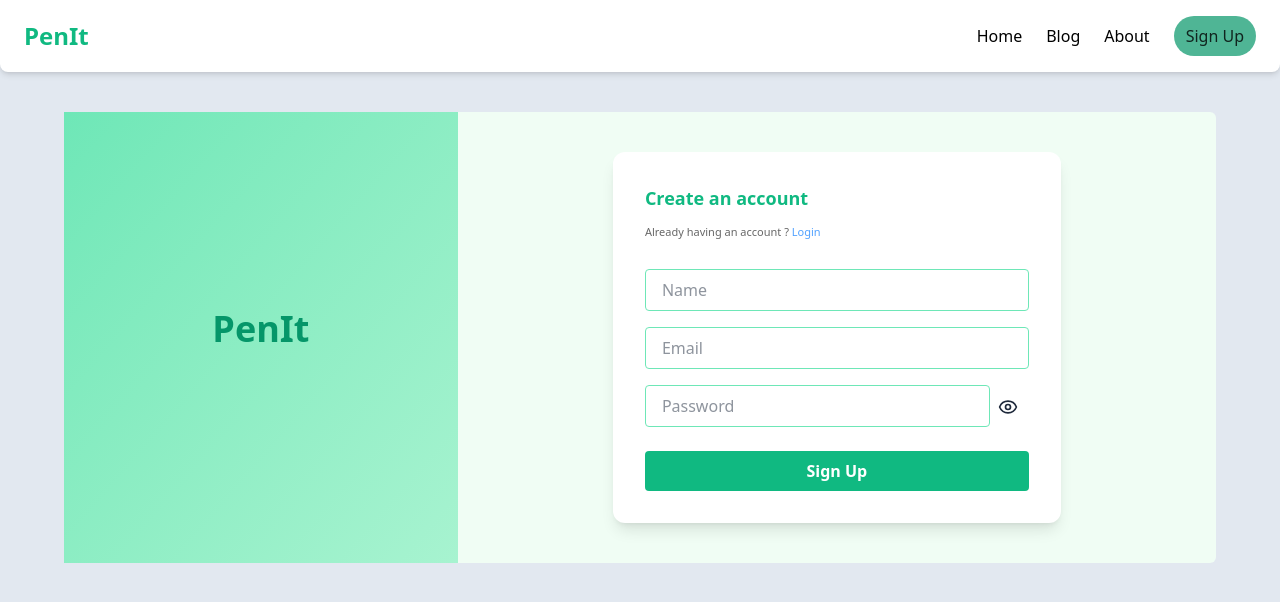
Repository: Mounika-chukkala/PenIt
Page: /signup (app in frontend/)
An editor plug-in stored every save of this project. The page is shown before and after the next save, followed by the edit.
The browser window is 1280 px wide. The pictures show the whole page.
The project was rebuilt for these pictures with package versions that can differ from the ones it lists, and the page was loaded fresh each time. Also part of the build but not shown: frontend/vite.config.js, frontend/src/Pages/Signin.jsx, frontend/src/components/CreateBlog.jsx, frontend/src/Pages/AddBlog.jsx.

Above is the page before, as saved 2025-05-23 14:13:32.

### frontend/src/main.jsx
import { StrictMode } from 'react'
import { createRoot } from 'react-dom/client'
import './index.css'
import { Toaster } from 'react-hot-toast'
// import {BrowserRouter} from "react-router-dom"
import { BrowserRouter } from 'react-router-dom'
import App from './App.jsx'

createRoot(document.getElementById('root')).render(
  <StrictMode>
    <BrowserRouter>
    {/* <Toaster> */}

    <App />
    {/* </Toaster> */}
    </BrowserRouter>
  </StrictMode>,
)

### frontend/src/index.css
@import "tailwindcss";




/* :root {
  font-family: system-ui, Avenir, Helvetica, Arial, sans-serif;
  line-height: 1.5;
   font-weight: 400;

  color-scheme: light dark;
  color: rgba(255, 255, 255, 0.87);
  background-color: #242424;

  font-synthesis: none;
  text-rendering: optimizeLegibility;
  -webkit-font-smoothing: antialiased;
  -moz-osx-font-smoothing: grayscale;
}

a {
  font-weight: 500;
  color: #646cff;
  text-decoration: inherit;
}
a:hover {
  color: #535bf2;
}

body {
  margin: 0;
  display: flex;
  place-items: center;
  min-width: 320px;
  min-height: 100vh;
}

h1 {
  font-size: 3.2em;
  line-height: 1.1;
}

button {
  border-radius: 8px;
  border: 1px solid transparent;
  padding: 0.6em 1.2em;
  font-size: 1em;
  font-weight: 500;
  font-family: inherit;
  background-color: #1a1a1a;
  cursor: pointer;
  transition: border-color 0.25s;
}
button:hover {
  border-color: #646cff;
}
button:focus,
button:focus-visible {
  outline: 4px auto -webkit-focus-ring-color;
}

@media (prefers-color-scheme: light) {
  :root {
    color: #213547;
    background-color: #ffffff;
  }
  a:hover {
    color: #747bff;
  }
  button {
    background-color: #f9f9f9;
  }
} */

### frontend/src/App.jsx
import { useState } from 'react'
import { Route, Routes } from 'react-router-dom'
// import './App.css'
import Signin from './Pages/Signin'
import Signup from './Pages/Signup'
import Navbar from './components/Navbar'
// import Layout from "./Pages/Layout"
import CreateBlog from './components/CreateBlog'
import AddBlog from './Pages/AddBlog'
function App() {

  return (
    <div className="bg-slate-200 w-screen h-screen ">

  <Routes>
    <Route path="/" element={<Navbar/>}>
        <Route path="/signin" element={<Signin/>}></Route>
    <Route path="/signup" element={<Signup/>}></Route>
    <Route path="/create-blog" element={<CreateBlog/>}></Route>
        <Route path="/add-blog" element={<AddBlog/>}></Route>

    {/* <Route path="/search-blog" element={}></Route> */}
    {/* <Route path="*" element={}></Route> */}
    </Route>

  </Routes>
      </div>

  )
}

export default App

### frontend/src/Pages/Signup.jsx
import { useState } from "react";
import { Eye,EyeOff } from "lucide-react";
import toast from "react-hot-toast";
import { Link } from "react-router-dom";
function Signup() {
  const [userData, setUserData] = useState({
    name: "",
    email: "",
    password: "",
  });
const [isVisible,setVisible]=useState(false)
  async function handleRegister() {
    console.log("hello")
    let data = await fetch("http://localhost:3000/api/v1/signup", {
      method: "POST",
      body: JSON.stringify(userData),
      headers: {
        "Content-Type": "application/json",
      },
    });

    let res = await data.json();
    console.log(res)
alert(res.message)
    if(!res.success){
        toast.error(res.message);

    }
    else{
        toast.success(res.message);
        localStorage.setItem("User",JSON.stringify(res.user));
    }
  }

  return (
        <div className="max-h-screen max-w-[90%] sm-max-w-[70%] rounded-md m-auto mt-10 flex bg-[#F0FDF4] text-[#1E293B]">
      {/* Left side visual placeholder */}
      <div className="hidden md:flex w-1/2  flex flex-col justify-center items-center p-10 bg-gradient-to-br from-[#6EE7B7] to-[#A7F3D0]">
        <h1 className=" text-4xl font-bold text-[#059669] mb-4">PenIt</h1>
        {/* <p className="text-xl text-[#1E293B] text-center">
          Express your thoughts with style.<br /> A clean and calm blogging space.
        </p> */}
      </div>

      {/* Right side sign up form */}
      <div className=" w-full md-w-1/2 flex justify-center items-center p-10">
        <div className="bg-white p-8 rounded-xl shadow-lg w-full max-w-md">
          <h2 className="text-lg md-text-2xl font-bold mb-3 text-[#10B981]">Create an account</h2>

<p className="text-[11px] md-text-[12px] text-black/60 mb-3">Already having an account ? <Link to="/login"><span className="text-blue-400">Login</span></Link></p>
         <form className="">
          <input
            className="w-full my-4 px-4 py-2 border border-[#6EE7B7] rounded focus:outline-none focus:ring-2 focus:ring-[#10B981]"
            type="text"
            placeholder="Name"
            onChange={(e) => setUserData({ ...userData, name: e.target.value })}
          />
          <input
            className="w-full mb-4 px-4 py-2 border border-[#6EE7B7] rounded focus:outline-none focus:ring-2 focus:ring-[#10B981]"
            type="email"
            placeholder="Email"
            onChange={(e) => setUserData({ ...userData, email: e.target.value })}
          />
          {/* <input
            className="w-full mb-6 px-4 py-2 border border-[#6EE7B7] rounded focus:outline-none focus:ring-2 focus:ring-[#10B981]"
            type="password"
            placeholder="Password"
            onChange={(e) => setUserData({ ...userData, password: e.target.value })}
          /> */}

                            <div className="w-full flex gap-2">
                       <input
                        className="w-[90%] mb-6 px-4 py-2 border border-[#6EE7B7] rounded focus:outline-none focus:ring-2 focus:ring-[#10B981]"
                        type={isVisible?"text":"password" }
                        placeholder="Password"
                        onChange={(e) => setUserData({ ...userData, password: e.target.value })}
                      />
                       <div  className="pt-3" onClick={()=>setVisible(!isVisible)}>
             {isVisible ? <EyeOff size={20} /> : <Eye size={20} />}
                       </div>
                       </div>
          <button
            onClick={handleRegister}
            className="w-full bg-[#10B981] hover:bg-[#059669] text-white py-2 rounded font-semibold transition duration-200"
          >
            Sign Up
          </button>
          </form>
        </div>
      </div>
    </div>

  );
}

export default Signup;

### frontend/src/components/Navbar.jsx
import React, { useEffect, useState } from "react";
import { Link } from "react-router-dom";
import { Outlet } from "react-router-dom";
export default function Navbar() {
  const [isLogged, setLogged] = useState(false);
  const item = localStorage.getItem("User");
  useEffect(()=>{
  if (item!=null) {
    setLogged(true);
  }
},isLogged)
  return (
    <>
    <nav className="bg-white shadow-md px-6 py-4 flex justify-between items-center rounded-b-lg">
      <h1 className="text-2xl font-bold text-[#10B981]">PenIt</h1>
      <ul className="flex space-x-6 font-medium">
        <li className="hover:text-[#059669] pt-2 cursor-pointer">Home</li>
        <li className="hover:text-[#059669] pt-2 cursor-pointer">Blog</li>
        <li className="hover:text-[#059669] pt-2 cursor-pointer">About</li>
        <Link to="/signup">
        <li className="bg-[#059669]/70 rounded-3xl px-3 py-2 text-black/80 transform hover:scale-120 transition duration-300 ease-in-out  hover:text-white cursor-pointer">
{/* {isLogged?"Log out":"Sign up"} */}
    Sign Up
          </li>
        </Link>
      </ul>
    </nav>
    <Outlet/>
        </>

  );
}

Loaded but not shown: frontend/index.html (common file)

After the next save:
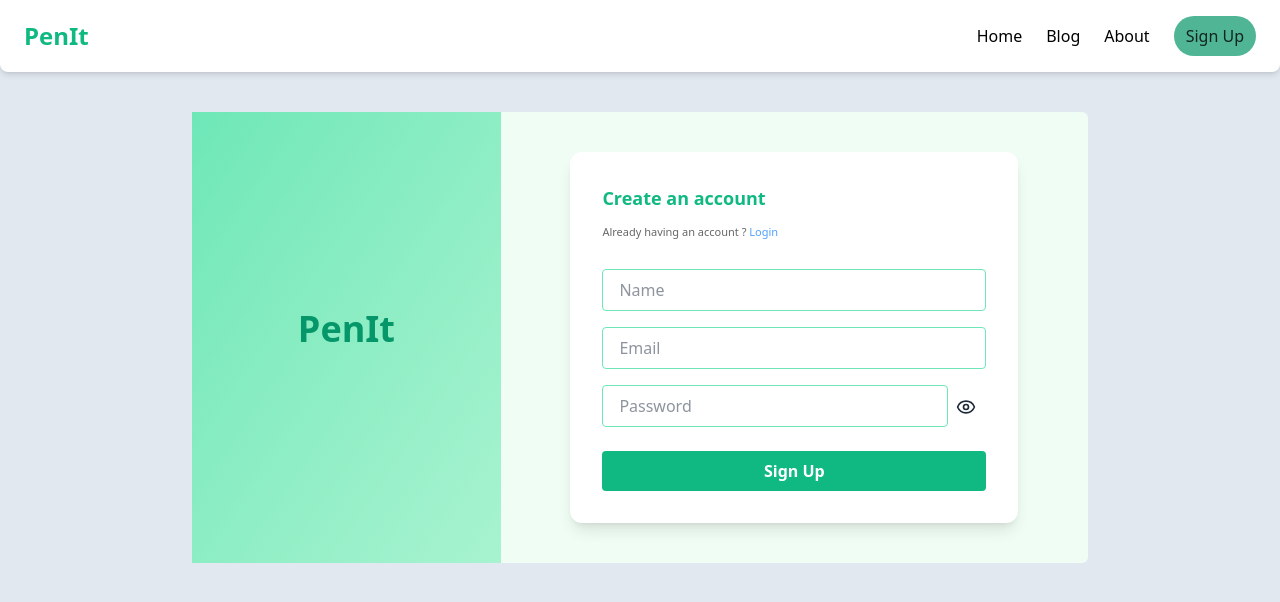
Saved 26 s later.
--- a/frontend/src/Pages/Signup.jsx
+++ b/frontend/src/Pages/Signup.jsx
@@ -33,7 +33,7 @@ alert(res.message)
   }
 
   return (
-        <div className="max-h-screen max-w-[90%] sm-max-w-[70%] rounded-md m-auto mt-10 flex bg-[#F0FDF4] text-[#1E293B]">
+        <div className="max-h-screen max-w-[90%] sm:max-w-[70%] rounded-md m-auto mt-10 flex bg-[#F0FDF4] text-[#1E293B]">
       {/* Left side visual placeholder */}
       <div className="hidden md:flex w-1/2  flex flex-col justify-center items-center p-10 bg-gradient-to-br from-[#6EE7B7] to-[#A7F3D0]">
         <h1 className=" text-4xl font-bold text-[#059669] mb-4">PenIt</h1>
